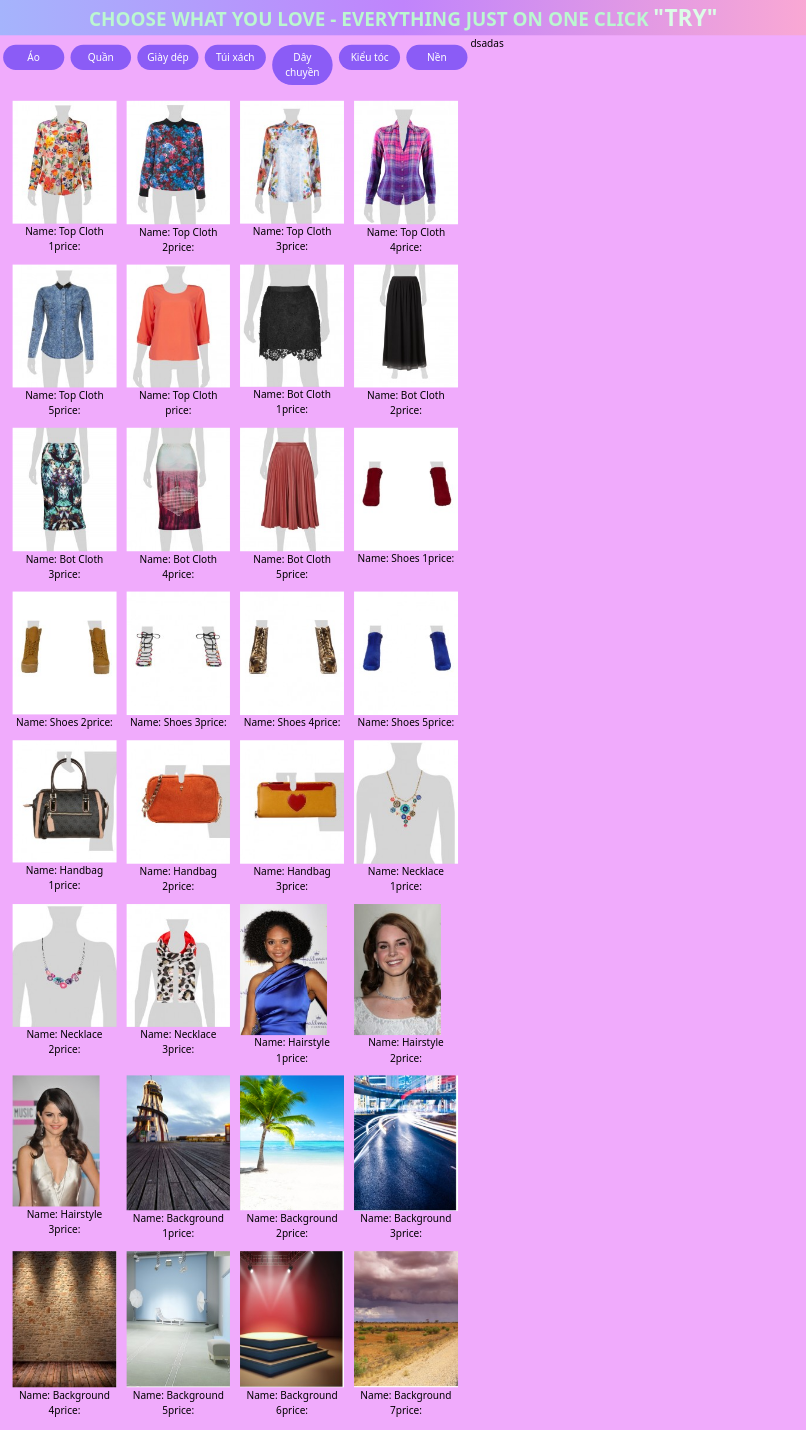
Repository: NguyenVietPhuQuy/ReactJs-TailWind-Redux-FunctionHook-ModelDesign
Page: / (app in modeldesign/)
An editor plug-in stored every save of this project. The page is shown before and after the next save, followed by the edit.
The browser window is 1280 px wide. The pictures show the whole page, at 63% of full size.
The project was rebuilt for these pictures with package versions that can differ from the ones it lists, and the page was loaded fresh each time. Also part of the build but not shown: modeldesign/src/App.css.

Above is the page before, as saved 2022-11-17 16:09:18.

### modeldesign/public/index.html
<!DOCTYPE html>
<html lang="en">
  <head>
    <meta charset="utf-8" />
    <link rel="icon" href="%PUBLIC_URL%/favicon.ico" />
    <meta name="viewport" content="width=device-width, initial-scale=1" />
    <meta name="theme-color" content="#000000" />
    <meta
      name="description"
      content="Web site created using create-react-app"
    />
    <!--bootstrap-->
    <link rel="stylesheet" href="https://cdnjs.cloudflare.com/ajax/libs/bootstrap/5.2.2/js/bootstrap.min.js">
    <link rel="apple-touch-icon" href="%PUBLIC_URL%/logo192.png" />
    <!--
      manifest.json provides metadata used when your web app is installed on a
      user's mobile device or desktop. See https://developers.google.com/web/fundamentals/web-app-manifest/
    -->
    <link rel="manifest" href="%PUBLIC_URL%/manifest.json" />
    <!--
      Notice the use of %PUBLIC_URL% in the tags above.
      It will be replaced with the URL of the `public` folder during the build.
      Only files inside the `public` folder can be referenced from the HTML.

      Unlike "/favicon.ico" or "favicon.ico", "%PUBLIC_URL%/favicon.ico" will
      work correctly both with client-side routing and a non-root public URL.
      Learn how to configure a non-root public URL by running `npm run build`.
    -->
    <title>React App</title>
  </head>
  <body>
    <noscript>You need to enable JavaScript to run this app.</noscript>
    <div id="root"></div>
    <!--
      This HTML file is a template.
      If you open it directly in the browser, you will see an empty page.

      You can add webfonts, meta tags, or analytics to this file.
      The build step will place the bundled scripts into the <body> tag.

      To begin the development, run `npm start` or `yarn start`.
      To create a production bundle, use `npm run build` or `yarn build`.
    -->
  </body>
</html>

### modeldesign/src/index.js
import React from 'react';
import ReactDOM from 'react-dom/client';
import './index.css';
import App from './App';
import reportWebVitals from './reportWebVitals';
import {Provider} from 'react-redux'
import store from './Components/Reducer/Store';
const root = ReactDOM.createRoot(document.getElementById('root'));
root.render(
  <React.StrictMode>
    <Provider store ={store}>
    <App/>
    </Provider>
  </React.StrictMode>
);

// If you want to start measuring performance in your app, pass a function
// to log results (for example: reportWebVitals(console.log))
// or send to an analytics endpoint. Learn more: https://bit.ly/CRA-vitals
reportWebVitals();

### modeldesign/src/App.js
import React from 'react';
import './App.css';
import Home from './Components/Home.js'
function App() {
  return (
    <div>
      <Home/>
    </div>
  );
}

export default App;

### modeldesign/src/Components/Reducer/Store.js
import {createStore} from "redux"
import rootReducer from "./RootReducer"

const store = createStore(rootReducer,window.__REDUX_DEVTOOLS_EXTENSION__ && window.__REDUX_DEVTOOLS_EXTENSION__())
export default store

### modeldesign/src/Components/Home.js
import React from "react";
import Header from './Header.js'
import Category from "./Category.js";
import ProductList from "./ProductList.js";
import Model from "./Model.js";
function Home() {
    return (
        <div className="container mx-auto relative bg-fuchsia-300">
            <section className=
            " bg-gradient-to-r from-indigo-300 via-purple-400 to-pink-300 w-full ring-2 ring-transparent">
                    <Header/>
            </section>
            <section className="main flex flex-row">
                <div className="basis-7/12">
                    <Category/>
                    <ProductList/>
                </div>
                <div className="basis-5/12">
                    <Model />
                </div>
            </section>
        </div>
    )
}
export default Home

### modeldesign/src/Components/Reducer/RootReducer.js
import { combineReducers } from "redux";
import ProductReducer from './ProductReducer'
import CategoryReducer from './CategoryReducer'

const RootReducer = combineReducers({
    products: ProductReducer,
    categories: CategoryReducer,

})

export default RootReducer

### modeldesign/src/Components/Header.js
import React from "react";
import 'animate.css'
function Header(){
    return (
        <div className="text-center text-3xl p-2 font-semibold text-green-200 ">
            CHOOSE WHAT YOU LOVE - EVERYTHING JUST ON ONE CLICK <span className="text-green-100 font-bold text-4xl animate__animated animate__pulse animate__infinite inline-block">"TRY" </span>
        </div>
    )
}
export default Header

### modeldesign/src/Components/Category.js
import React from "react";
import { useSelector } from 'react-redux'


function Category(props) {
    const returnValue = useSelector(state => state.categories.category)
    return (
        <div className=" flex flex-row w-full">
            {returnValue.map((item) => {
                return (
                    <div key={item.tabName}className="w-1/2" style={{marginTop: 10, padding:5}}>
                        <button className="p-2 w-full rounded-full text-white hover:text-pink-100
                         bg-violet-500 hover:bg-violet-600 active:bg-violet-700 focus:outline-none
                         ease-in duration-200"
                         style={{ outline:"none",border: "none"}} >
                            {item.showName}
                        </button>
                    </div>
                )
            })}
        </div>
    )
}

export default Category

### modeldesign/src/Components/ProductList.js
import React from "react";
import { useSelector } from "react-redux";
function ProductList() {
    const productList = useSelector(state => state.products.product)
    console.log(productList)
    return (
        <div className="grid grid-cols-4 gap-4 m-5 text-center">
            {productList.map(item => {
                return (
                    <div className="card ">
                        <img alt="" src={item.imgSrc_jpg}  className="flex-shrink-0"></img>
                        <div>
                        <span>Name: {item.name}</span>
                        <span>price: {item.price}</span>
                        </div>
                    </div>
                )
            })}
        </div>)
}
export default ProductList

### modeldesign/src/Components/Model.js
import React from "react";
function Model(){
    return(<div>
        dsadas
    </div>)
}
export default Model

### modeldesign/src/Components/Reducer/ProductReducer.js

const initialState = {
    product: [{
        id: 'topcloth_1',
        type: "topclothes",
        name: "Top Cloth 1",
        desc: "Lorem ipsum dolor, sit amet consectetur adipisicing elit. Aliquid, nulla.",
        imgSrc_jpg: 'images/clothes/topcloth1_show.jpg',
        imgSrc_png: 'images/clothes/topcloth1.png',
    },
    {
        id: 'topcloth_2',
        type: "topclothes",
        name: "Top Cloth 2",
        desc: "Lorem ipsum dolor, sit amet consectetur adipisicing elit. Aliquid, nulla.",
        imgSrc_jpg: 'images/clothes/topcloth2_show.jpg',
        imgSrc_png: 'images/clothes/topcloth2.png',
    },
    {
        id: 'topcloth_3',
        type: "topclothes",
        name: "Top Cloth 3",
        desc: "Lorem ipsum dolor, sit amet consectetur adipisicing elit. Aliquid, nulla.",
        imgSrc_jpg: 'images/clothes/topcloth3_show.jpg',
        imgSrc_png: 'images/clothes/topcloth3.png',
    },
    {
        id: 'topcloth_4',
        type: "topclothes",
        name: "Top Cloth 4",
        desc: "Lorem ipsum dolor, sit amet consectetur adipisicing elit. Aliquid, nulla.",
        imgSrc_jpg: 'images/clothes/topcloth4_show.jpg',
        imgSrc_png: 'images/clothes/topcloth4.png',
    },
    {
        id: 'topcloth_5',
        type: "topclothes",
        name: "Top Cloth 5",
        desc: "Lorem ipsum dolor, sit amet consectetur adipisicing elit. Aliquid, nulla.",
        imgSrc_jpg: 'images/clothes/topcloth5_show.jpg',
        imgSrc_png: 'images/clothes/topcloth5.png',
    },
    {
        id: 'topcloth_6',
        type: "topclothes",
        name: "Top Cloth ",
        desc: "Lorem ipsum dolor, sit amet consectetur adipisicing elit. Aliquid, nulla.",
        imgSrc_jpg: 'images/clothes/topcloth6_show.jpg',
        imgSrc_png: 'images/clothes/topcloth6.png',
    },

    // Both clothes
    {
        id: 'botcloth_1',
        type: "botclothes",
        name: "Bot Cloth 1",
        desc: "Lorem ipsum dolor, sit amet consectetur adipisicing elit. Aliquid, nulla.",
        imgSrc_jpg: 'images/clothes/botcloth1_show.jpg',
        imgSrc_png: 'images/clothes/botcloth1.png',
    },
    {
        id: 'botcloth_2',
        type: "botclothes",
        name: "Bot Cloth 2",
        desc: "Lorem ipsum dolor, sit amet consectetur adipisicing elit. Aliquid, nulla.",
        imgSrc_jpg: 'images/clothes/botcloth2_show.jpg',
        imgSrc_png: 'images/clothes/botcloth2.png',
    },
    {
        id: 'botcloth_3',
        type: "botclothes",
        name: "Bot Cloth 3",
        desc: "Lorem ipsum dolor, sit amet consectetur adipisicing elit. Aliquid, nulla.",
        imgSrc_jpg: 'images/clothes/botcloth3_show.jpg',
        imgSrc_png: 'images/clothes/botcloth3.png',
    },
    {
        id: 'botcloth_4',
        type: "botclothes",
        name: "Bot Cloth 4",
        desc: "Lorem ipsum dolor, sit amet consectetur adipisicing elit. Aliquid, nulla.",
        imgSrc_jpg: 'images/clothes/botcloth4_show.jpg',
        imgSrc_png: 'images/clothes/botcloth4.png',
    },
    {
        id: 'botcloth_5',
        type: "botclothes",
        name: "Bot Cloth 5",
        desc: "Lorem ipsum dolor, sit amet consectetur adipisicing elit. Aliquid, nulla.",
        imgSrc_jpg: 'images/clothes/botcloth5_show.jpg',
        imgSrc_png: 'images/clothes/botcloth5.png',
    },

    // Shoes
    {
        id: 'shoes_1',
        type: "shoes",
        name: "Shoes 1",
        desc: "Lorem ipsum dolor, sit amet consectetur adipisicing elit. Aliquid, nulla.",
        imgSrc_jpg: 'images/shoes/shoes1_show.jpg',
        imgSrc_png: 'images/shoes/shoes1.png',
    },
    {
        id: 'shoes_2',
        type: "shoes",
        name: "Shoes 2",
        desc: "Lorem ipsum dolor, sit amet consectetur adipisicing elit. Aliquid, nulla.",
        imgSrc_jpg: 'images/shoes/shoes2_show.jpg',
        imgSrc_png: 'images/shoes/shoes2.png',
    },
    {
        id: 'shoes_3',
        type: "shoes",
        name: "Shoes 3",
        desc: "Lorem ipsum dolor, sit amet consectetur adipisicing elit. Aliquid, nulla.",
        imgSrc_jpg: 'images/shoes/shoes3_show.jpg',
        imgSrc_png: 'images/shoes/shoes3.png',
    },
    {
        id: 'shoes_4',
        type: "shoes",
        name: "Shoes 4",
        desc: "Lorem ipsum dolor, sit amet consectetur adipisicing elit. Aliquid, nulla.",
        imgSrc_jpg: 'images/shoes/shoes4_show.jpg',
        imgSrc_png: 'images/shoes/shoes4.png',
    },
    {
        id: 'shoes_5',
        type: "shoes",
        name: "Shoes 5",
        desc: "Lorem ipsum dolor, sit amet consectetur adipisicing elit. Aliquid, nulla.",
        imgSrc_jpg: 'images/shoes/shoes5_show.jpg',
        imgSrc_png: 'images/shoes/shoes5.png',
    },

    // Handbags
    {
        id: 'handbag_1',
        type: "handbags",
        name: "Handbag 1",
        desc: "Lorem ipsum dolor, sit amet consectetur adipisicing elit. Aliquid, nulla.",
        imgSrc_jpg: 'images/handbags/handbag1_show.jpg',
        imgSrc_png: 'images/handbags/handbag1.png',
    },
    {
        id: 'handbag_2',
        type: "handbags",
        name: "Handbag 2",
        desc: "Lorem ipsum dolor, sit amet consectetur adipisicing elit. Aliquid, nulla.",
        imgSrc_jpg: 'images/handbags/handbag2_show.jpg',
        imgSrc_png: 'images/handbags/handbag2.png',
    },
    {
        id: 'handbag_3',
        type: "handbags",
        name: "Handbag 3",
        desc: "Lorem ipsum dolor, sit amet consectetur adipisicing elit. Aliquid, nulla.",
        imgSrc_jpg: 'images/handbags/handbag3_show.jpg',
        imgSrc_png: 'images/handbags/handbag3.png',
    },

    // Necklaces
    {
        id: 'necklace_1',
        type: "necklaces",
        name: "Necklace 1",
        desc: "Lorem ipsum dolor, sit amet consectetur adipisicing elit. Aliquid, nulla.",
        imgSrc_jpg: 'images/necklaces/necklace1_show.jpg',
        imgSrc_png: 'images/necklaces/necklace1.png',
    },
    {
        id: 'necklace_2',
        type: "necklaces",
        name: "Necklace 2",
        desc: "Lorem ipsum dolor, sit amet consectetur adipisicing elit. Aliquid, nulla.",
        imgSrc_jpg: 'images/necklaces/necklace2_show.jpg',
        imgSrc_png: 'images/necklaces/necklace2.png',
    },
    {
        id: 'necklace_3',
        type: "necklaces",
        name: "Necklace 3",
        desc: "Lorem ipsum dolor, sit amet consectetur adipisicing elit. Aliquid, nulla.",
        imgSrc_jpg: 'images/necklaces/necklace3_show.jpg',
        imgSrc_png: 'images/necklaces/necklace3.png',
    },

    // Hairstyle
    {
        id: 'hairstyle_1',
        type: "hairstyle",
        name: "Hairstyle 1",
        desc: "Lorem ipsum dolor, sit amet consectetur adipisicing elit. Aliquid, nulla.",
        imgSrc_jpg: 'images/hairstyle/hairstyle1_show.jpg',
        imgSrc_png: 'images/hairstyle/hairstyle1.png',
    },
    {
        id: 'hairstyle_2',
        type: "hairstyle",
        name: "Hairstyle 2",
        desc: "Lorem ipsum dolor, sit amet consectetur adipisicing elit. Aliquid, nulla.",
        imgSrc_jpg: 'images/hairstyle/hairstyle2_show.jpg',
        imgSrc_png: 'images/hairstyle/hairstyle2.png',
    },
    {
        id: 'hairstyle_3',
        type: "hairstyle",
        name: "Hairstyle 3",
        desc: "Lorem ipsum dolor, sit amet consectetur adipisicing elit. Aliquid, nulla.",
        imgSrc_jpg: 'images/hairstyle/hairstyle3_show.jpg',
        imgSrc_png: 'images/hairstyle/hairstyle3.png',
    },

    // Background
    {
        id: 'background_1',
        type: "background",
        name: "Background 1",
        desc: "Lorem ipsum dolor, sit amet consectetur adipisicing elit. Aliquid, nulla.",
        imgSrc_jpg: 'images/background/background1_show.jpg',
        imgSrc_png: 'images/background/background1.jpg',
    },
    {
        id: 'background_2',
        type: "background",
        name: "Background 2",
        desc: "Lorem ipsum dolor, sit amet consectetur adipisicing elit. Aliquid, nulla.",
        imgSrc_jpg: 'images/background/background2_show.jpg',
        imgSrc_png: 'images/background/background2.jpg',
    },
    {
        id: 'background_3',
        type: "background",
        name: "Background 3",
        desc: "Lorem ipsum dolor, sit amet consectetur adipisicing elit. Aliquid, nulla.",
        imgSrc_jpg: 'images/background/background3_show.jpg',
        imgSrc_png: 'images/background/background3.jpg',
    },
    {
        id: 'background_4',
        type: "background",
        name: "Background 4",
        desc: "Lorem ipsum dolor, sit amet consectetur adipisicing elit. Aliquid, nulla.",
        imgSrc_jpg: 'images/background/background4_show.jpg',
        imgSrc_png: 'images/background/background4.jpg',
    },
    {
        id: 'background_5',
        type: "background",
        name: "Background 5",
        desc: "Lorem ipsum dolor, sit amet consectetur adipisicing elit. Aliquid, nulla.",
        imgSrc_jpg: 'images/background/background5_show.jpg',
        imgSrc_png: 'images/background/background5.jpg',
    },
    {
        id: 'background_6',
        type: "background",
        name: "Background 6",
        desc: "Lorem ipsum dolor, sit amet consectetur adipisicing elit. Aliquid, nulla.",
        imgSrc_jpg: 'images/background/background6_show.jpg',
        imgSrc_png: 'images/background/background6.jpg',
    },
    {
        id: 'background_7',
        type: "background",
        name: "Background 7",
        desc: "Lorem ipsum dolor, sit amet consectetur adipisicing elit. Aliquid, nulla.",
        imgSrc_jpg: 'images/background/background7_show.jpg',
        imgSrc_png: 'images/background/background7.jpg',
    },
    ],
}
const ProductReducer = (state = initialState) => {
    return state
}

export default ProductReducer

### modeldesign/src/Components/Reducer/CategoryReducer.js
const initialState ={
    category: [
        { tabName: 'tabTopClothes', showName: 'Áo', type: 'topclothes' },
        { tabName: 'tabBotClothes', showName: 'Quần', type: 'botclothes' },
        { tabName: 'tabShoes', showName: 'Giày dép', type: 'shoes' },
        { tabName: 'tabHandBags', showName: 'Túi xách', type: 'handbags' },
        { tabName: 'tabNecklaces', showName: 'Dây chuyền', type: 'necklaces' },
        { tabName: 'tabHairStyle', showName: 'Kiểu tóc', type: 'hairstyle' },
        { tabName: 'tabBackground', showName: 'Nền', type: 'background' }
    ]
}
const CategoryReducer = (state=initialState) =>{
    return state
}
export default CategoryReducer

Loaded but not shown: modeldesign/src/index.css (common file); modeldesign/src/reportWebVitals.js (common file); modeldesign/tailwind.config.js (common file)

After the next save:
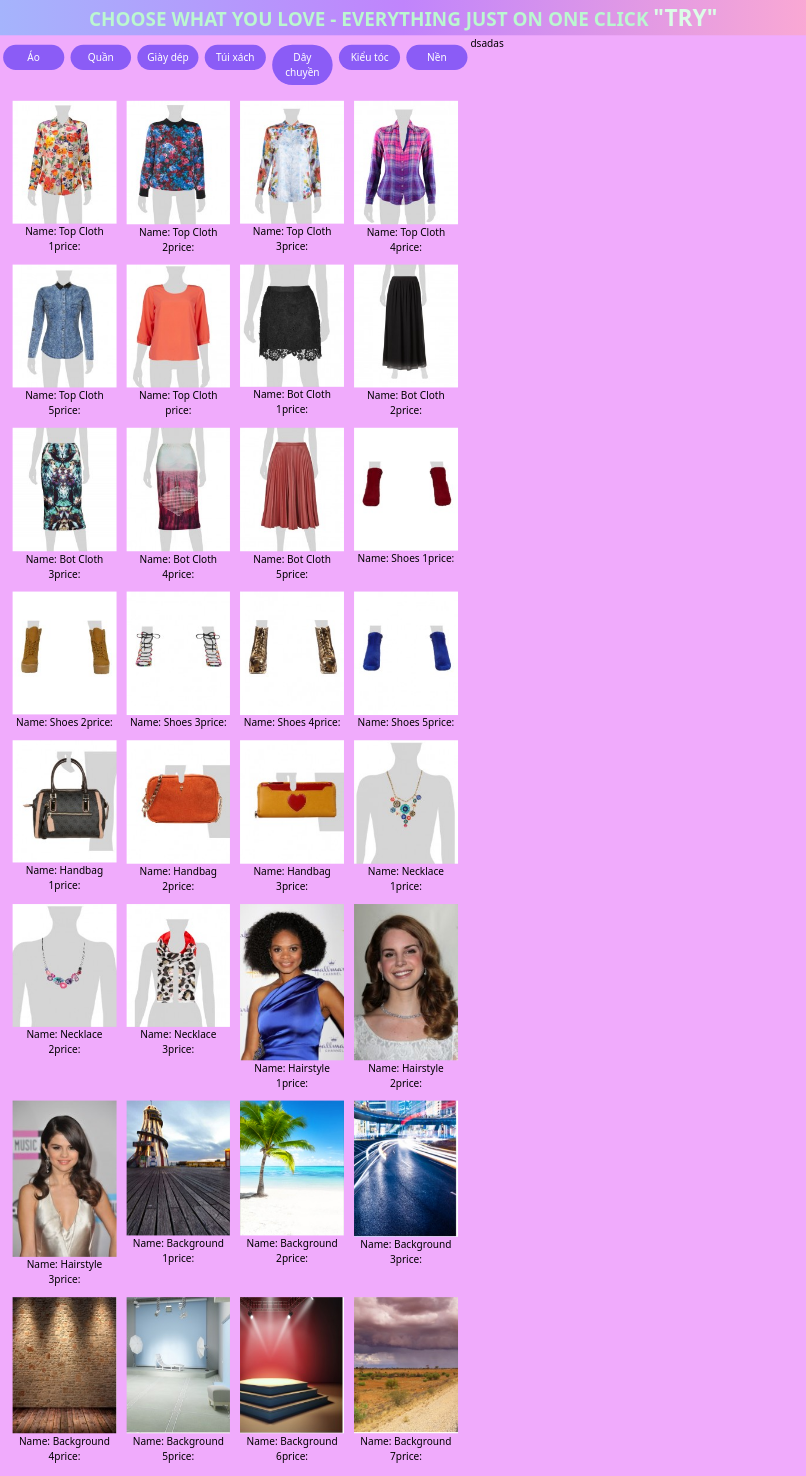
Saved 34 s later.
--- a/modeldesign/src/Components/ProductList.js
+++ b/modeldesign/src/Components/ProductList.js
@@ -8,7 +8,7 @@ function ProductList() {
             {productList.map(item => {
                 return (
                     <div className="card ">
-                        <img alt="" src={item.imgSrc_jpg}  className="flex-shrink-0"></img>
+                        <img alt="" src={item.imgSrc_jpg}  className="flex-shrink-0 w-full"></img>
                         <div>
                         <span>Name: {item.name}</span>
                         <span>price: {item.price}</span>
